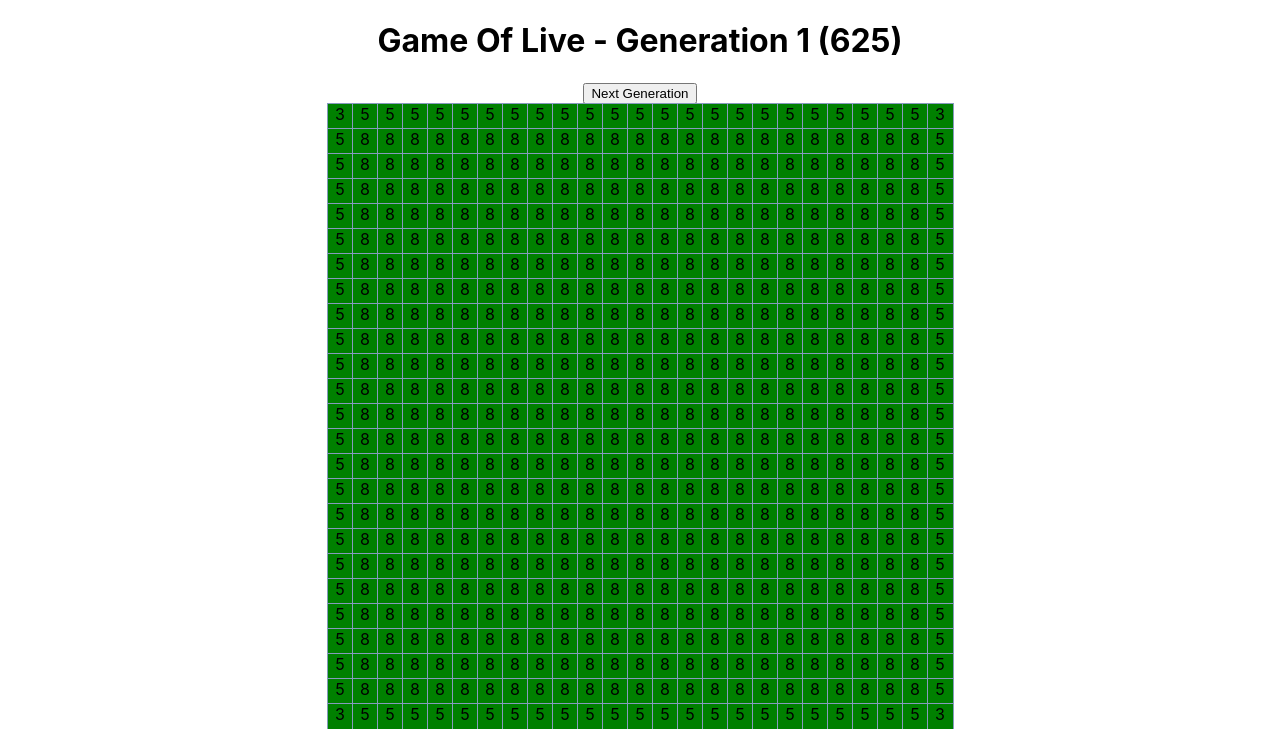
Repository: cfaguilera20/gol
Page: /
The author's editor kept a copy of each file at every save. The page is drawn from the files as they stood at one save, then again after the next save.
The browser window is 1280 px wide. The pictures show the whole page.
The project was rebuilt for these pictures with package versions that can differ from the ones it lists, and the page was loaded fresh each time.

Above is the page before, as saved 2021-07-25 13:37:08.

After the next save:
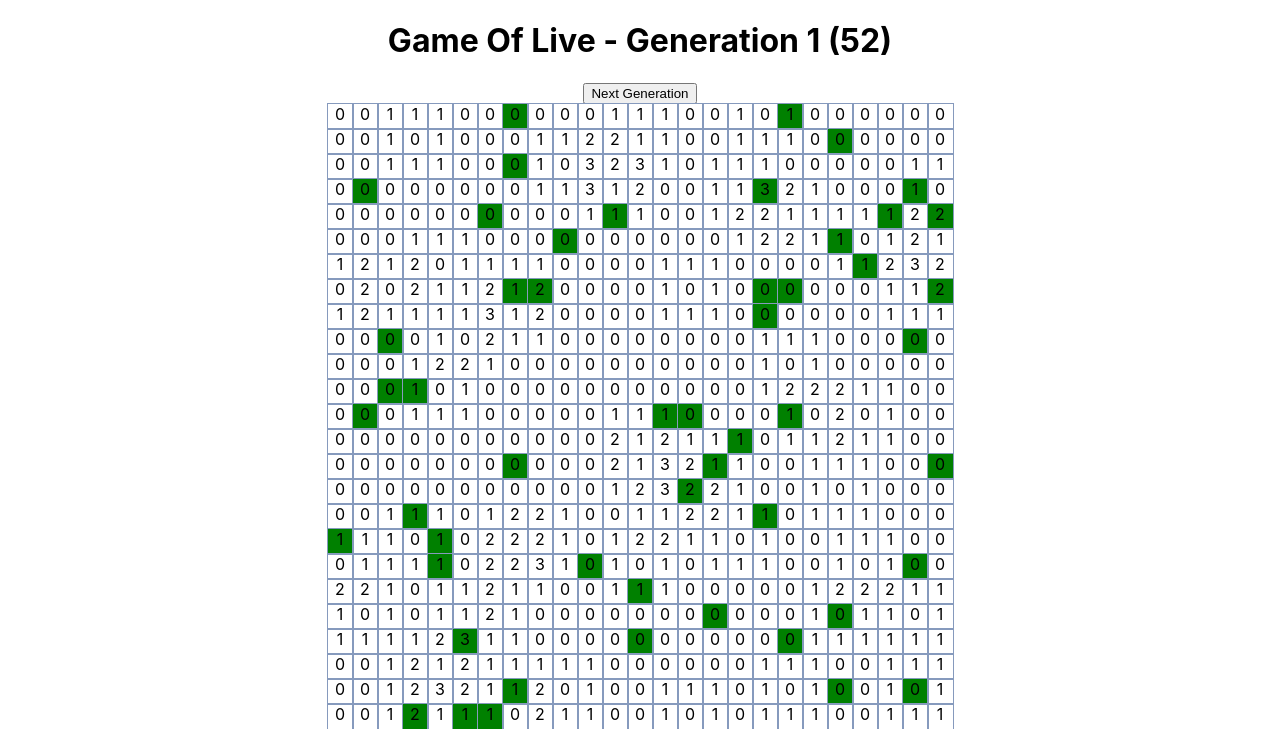
Saved 32 s later.
--- a/src/components/Board.jsx
+++ b/src/components/Board.jsx
@@ -57,7 +57,7 @@ class World {
         for (let y = 0; y < this.size; y++) {
             this.board[y] = [];
             for (let x = 0; x < this.size; x++) {
-                const isAlive = Math.random() > 0.9 ? true : true;
+                const isAlive = Math.random() > 0.9 ? true : false;
                 this.board[y][x] = isAlive;
                 this.currentPopulation += isAlive ? 1 : 0;
             }
